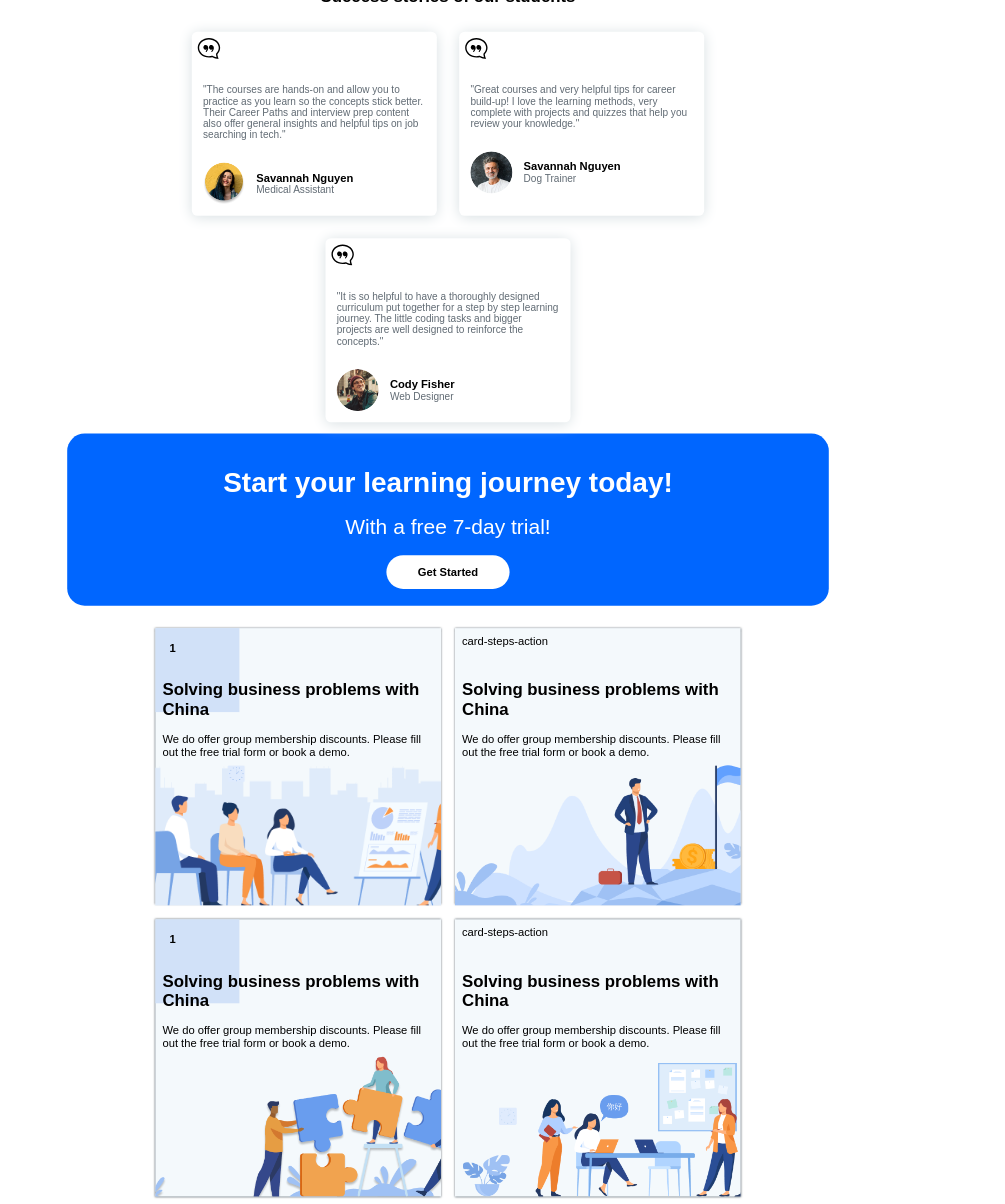
Repository: BinhIT/ChineseLearn
Page: index.html
An editor plug-in stored every save of this project. The page is shown before and after the next save, followed by the edit.
The browser window is 1280 px wide. The page is 1436 px wide, so the pictures cover 1436 px, including what lies to the right of the window. The pictures show the part of the page from y = 1975 to 3695 px (the page is 3695 px tall), at 70% of full size.

Above is the page before, as saved 2023-03-02 07:48:06.
Console error: ReferenceError: $ is not defined

After the next save:
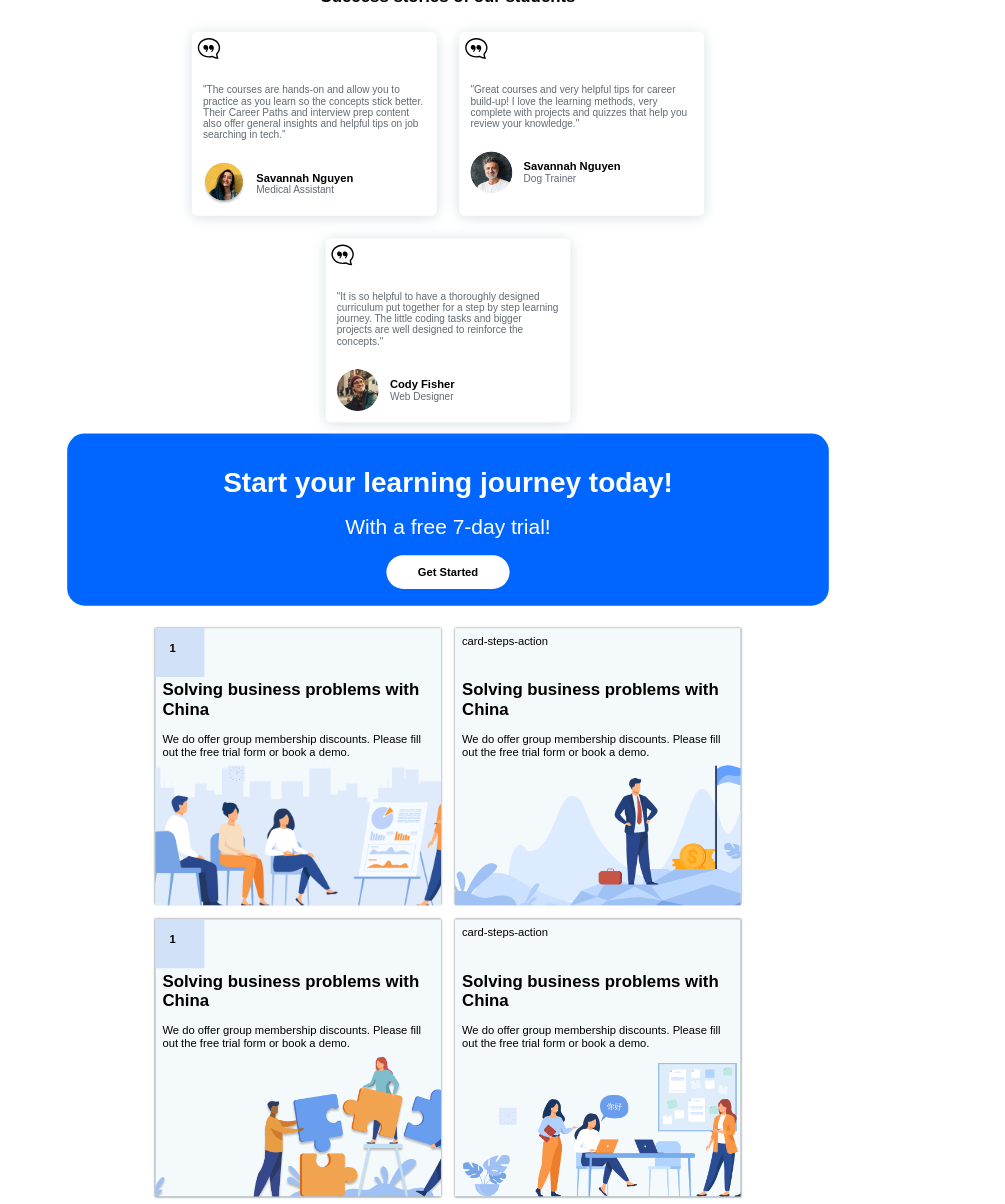
Saved 13 s later.
--- a/css/4step.css
+++ b/css/4step.css
@@ -39,8 +39,8 @@
 
 .step-number {
     background-color: #D1E1F8;
-    width: 100px;
-    height: 100px;
+    width: 50px;
+    height: 50px;
 }
 
 @media (max-width: 768px) {
